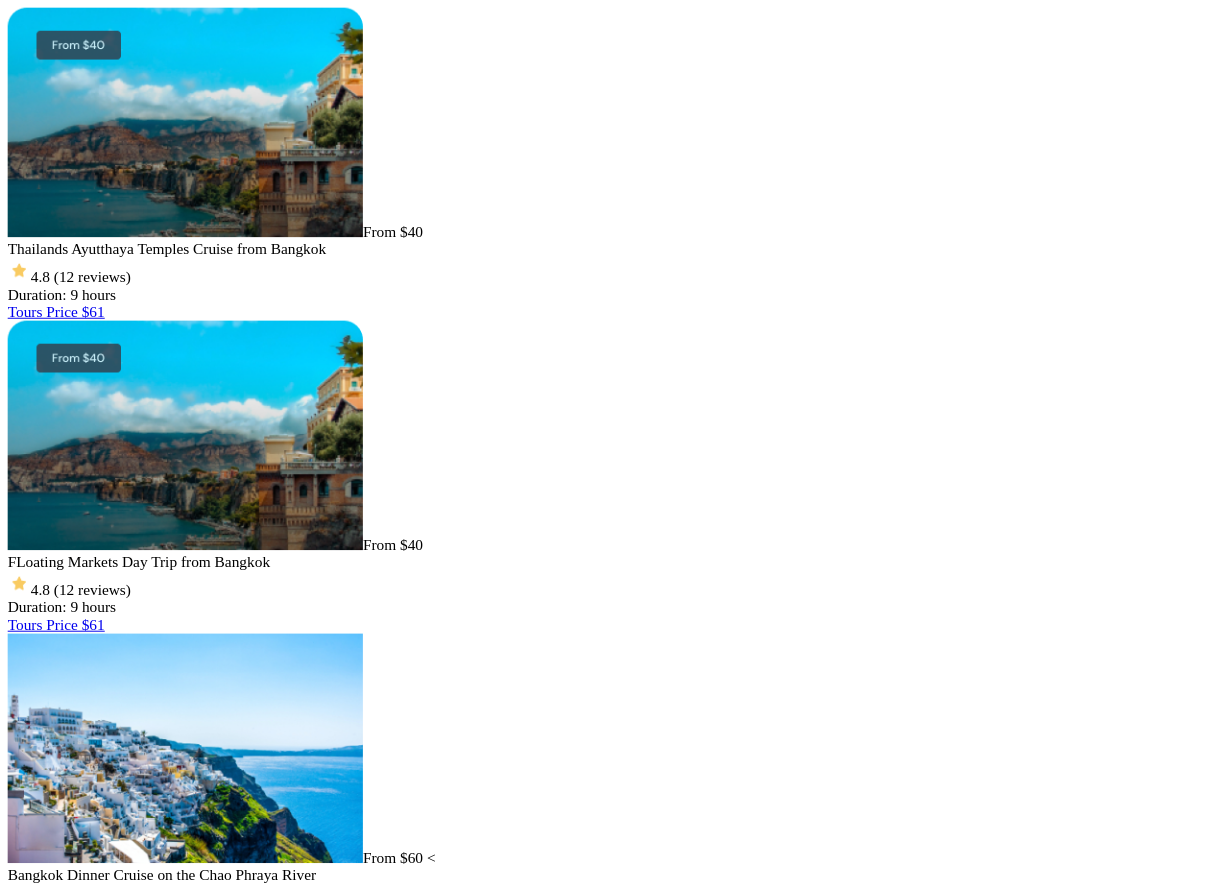
Repository: nguyentuankiet-k61/K_IT-demo
Page: index.html
The author's editor kept a copy of each file at every save. The page is drawn from the files as they stood at one save, then again after the next save.
The browser window is 1280 px wide. The pictures show the whole page, at 96% of full size.

Above is the page before, as saved 2022-09-23 18:03:11.

After the next save:
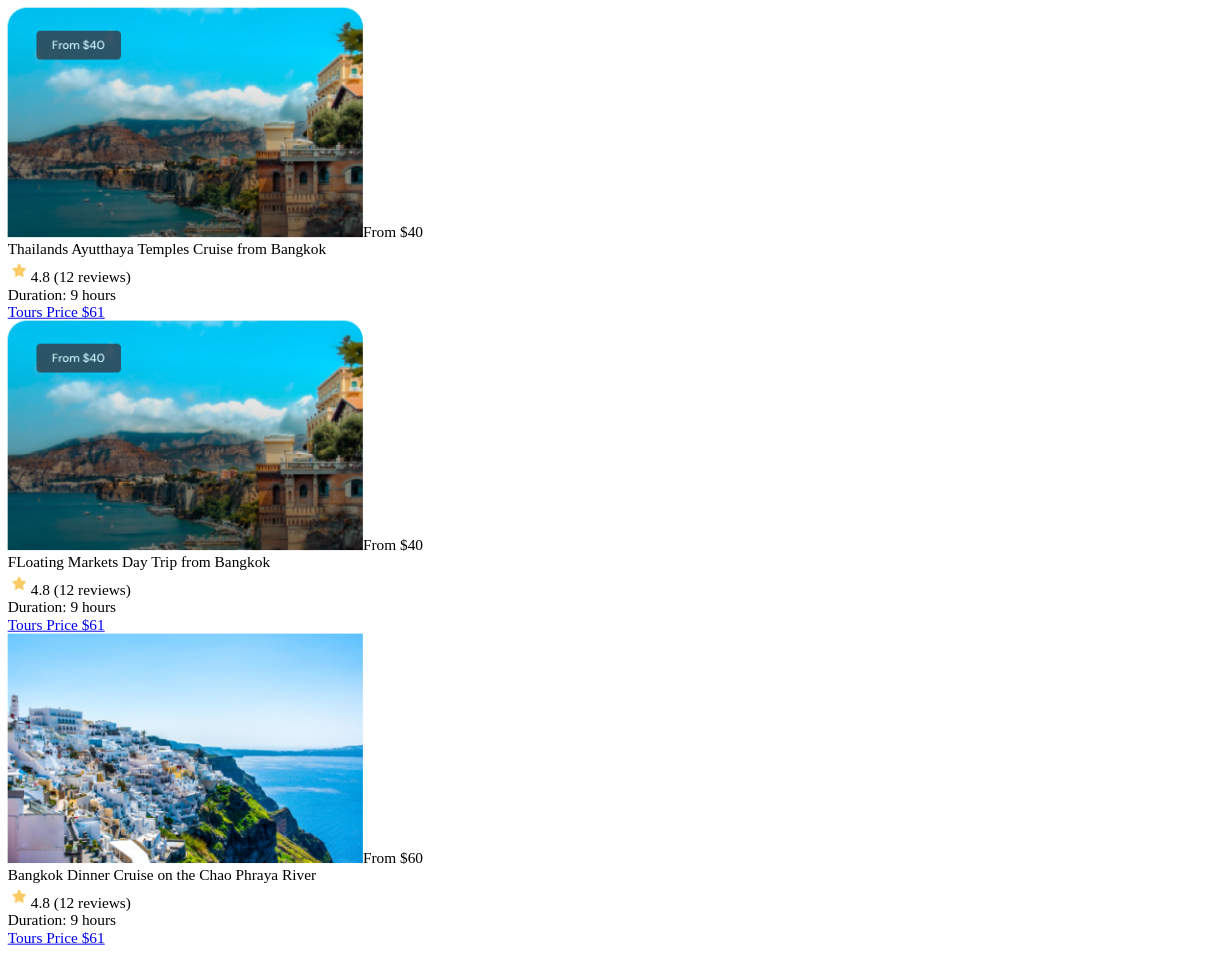
Saved 4 min 56 s later.
--- a/index.html
+++ b/index.html
@@ -49,17 +49,22 @@ Bangkok
         </div>
         <div class="Tours_top">
             <img src="./image/img3.png" alt="this_is_image"/>From $60
-            < <div class="Tours_content">
+             <div class="Tours_content">
                 <div class="Tours_titlle">
                     Bangkok Dinner Cruise on the
 Chao Phraya River
                 </div>
                 <div class="Tours_ratting">
+                    <div class="Tours_review_count">
+                        <img src="./image/img-star.png" alt="tours-ratting"/>4.8 (12 reviews)
 
+                    </div>
+                    <div class="Tours_Ducatiom">
+                        Duration: 9 hours
+                    </div>
                 </div>
-                <div class="Tours_botton>
-                </div>
-            </div> -->
+               <a href="https://www.facebook.com/kutooo" target="noopener noreferrer">Tours Price $61</a>
+            </div>
         </div>
     </div>
  </div>
